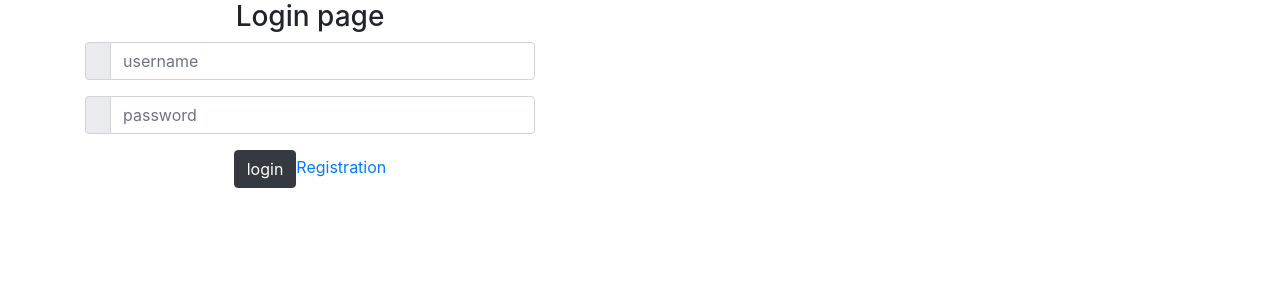
Repository: vishnushelke/LoginPage
Page: http://localhost/MyLoginPage/Login.jsp
An editor plug-in stored every save of this project. The page is shown before and after the next save, followed by the edit.
The browser window is 1280 px wide. The pictures show the whole page.
The page is served by Tomcat 9. Other server files are loaded and not shown.

Above is the page before, as saved 2019-10-10 09:30:00.

### MyLoginPage/WebContent/Login.jsp
<%@ page language="java" contentType="text/html; charset=UTF-8"
	pageEncoding="UTF-8"%>
<!DOCTYPE html>
<html>
<head>
<meta charset="UTF-8">
<title>Insert title here</title>
<link rel="stylesheet"
	href="https://maxcdn.bootstrapcdn.com/bootstrap/4.3.1/css/bootstrap.min.css">
<script
	src="https://ajax.googleapis.com/ajax/libs/jquery/3.4.1/jquery.min.js"></script>
<script
	src="https://cdnjs.cloudflare.com/ajax/libs/popper.js/1.14.7/umd/popper.min.js"></script>
<script
	src="https://maxcdn.bootstrapcdn.com/bootstrap/4.3.1/js/bootstrap.min.js"></script>
</head>
<body>
	<form action="login" method="post">
		<div class="container justify-content-center" style='text-align: center'>
			<fieldset style="width: 450px">
				<h3>Login page</h3>
				<div class="input-group mb-3" align="left">
					<div class="input-group-prepend">
						<span class="input-group-text" id="basic-addon1"></span>
					</div>
					<input type="text" class="form-control" name="username"
						placeholder="username" aria-label="username"
						aria-describedby="basic-addon1">
				</div>
				<div class="input-group mb-3" align="center">
					<div class="input-group-prepend">
						<span class="input-group-text" id="basic-addon1"></span>
					</div>
					<input type="password" class="form-control" name="password"
						placeholder="password" aria-label="password"
						aria-describedby="basic-addon1">
				</div>

				<input type="submit" value="login" class="btn btn-dark"><a
					href="register.jsp">Registration</a>
			</fieldset>
		</div>
	</form>

</body>


</html>

After the next save:
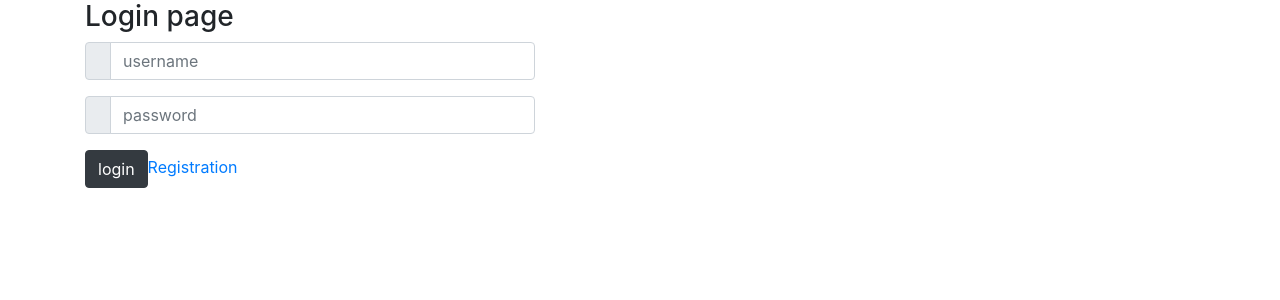
Saved 9 s later.
--- a/MyLoginPage/WebContent/Login.jsp
+++ b/MyLoginPage/WebContent/Login.jsp
@@ -16,7 +16,7 @@
 </head>
 <body>
 	<form action="login" method="post">
-		<div class="container justify-content-center" style='text-align: center'>
+		<div class="container justify-content-center">
 			<fieldset style="width: 450px">
 				<h3>Login page</h3>
 				<div class="input-group mb-3" align="left">
